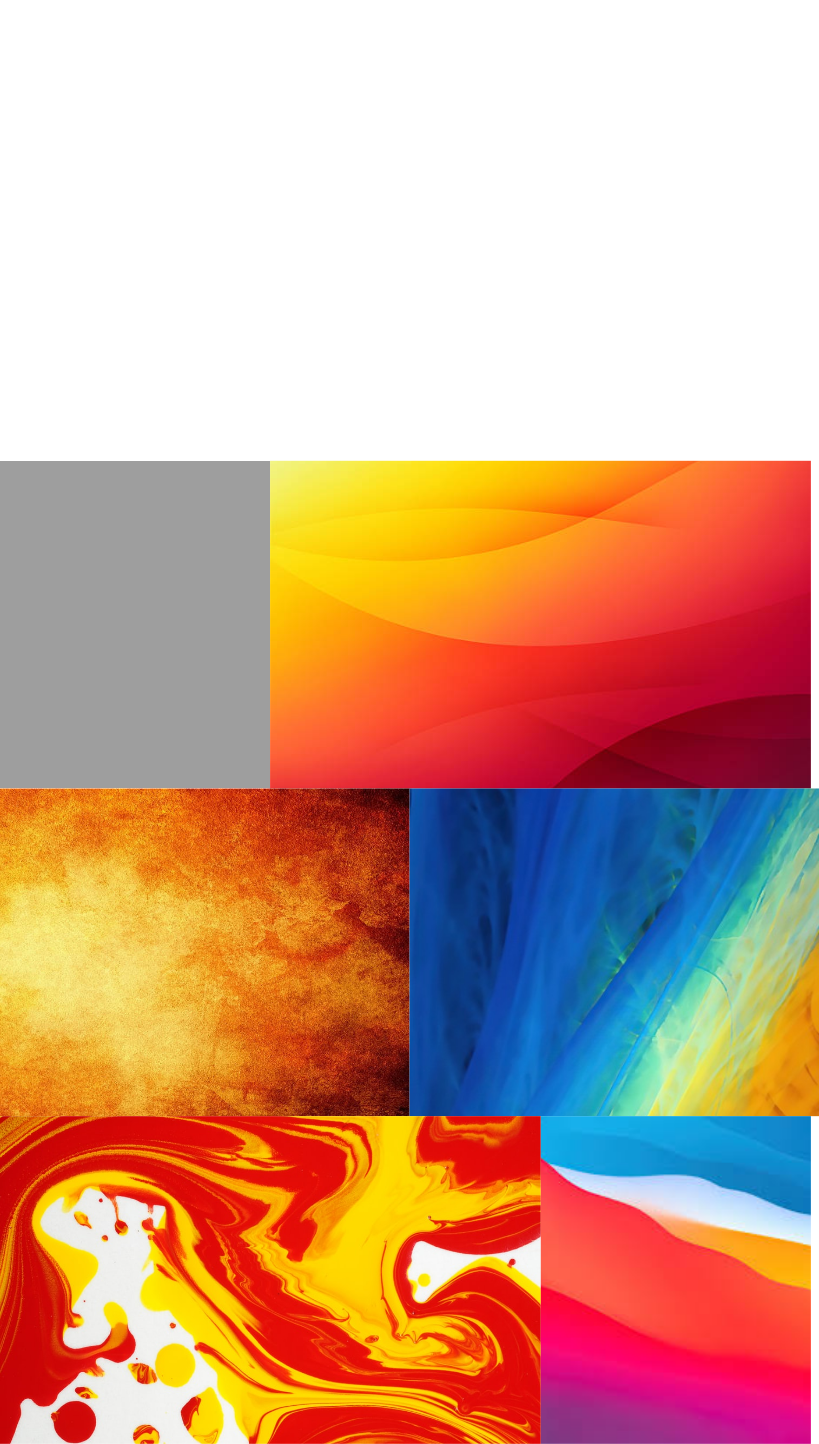
Repository: maciekto/WojciechGluszkowski-Porfolio
Page: /
These files come from the project's save history. The page is drawn as it stood at one moment and after the next save; the edit follows.
The browser window is 1280 px wide. The pictures show the whole page, at 64% of full size.
Pictures or frames that could not be fetched are drawn as grey boxes. Some web libraries are served in a nearby version. The project was rebuilt for these pictures with package versions that can differ from the ones it lists, and the page was loaded fresh each time.

Above is the page before, as saved 2022-06-07 14:52:04.

### public/index.html
<!DOCTYPE html>
<html lang="en">
  <head>
    <meta charset="utf-8" />
    <link rel="icon" href="%PUBLIC_URL%/favicon.ico" />
    <meta name="viewport" content="width=device-width, initial-scale=1" />
    <meta name="theme-color" content="#000000" />
    <meta name="description" content="Web site created using create-react-app" />
    <link rel="apple-touch-icon" href="%PUBLIC_URL%/logo192.png" />
    <!--
      manifest.json provides metadata used when your web app is installed on a
      user's mobile device or desktop. See https://developers.google.com/web/fundamentals/web-app-manifest/
    -->
    <link rel="manifest" href="%PUBLIC_URL%/manifest.json" />
    <!--
      Notice the use of %PUBLIC_URL% in the tags above.
      It will be replaced with the URL of the `public` folder during the build.
      Only files inside the `public` folder can be referenced from the HTML.

      Unlike "/favicon.ico" or "favicon.ico", "%PUBLIC_URL%/favicon.ico" will
      work correctly both with client-side routing and a non-root public URL.
      Learn how to configure a non-root public URL by running `npm run build`.
    -->
    <title>React App</title>
    <script src="https://kit.fontawesome.com/47a55d3c51.js" crossorigin="anonymous"></script>
  </head>
  <body>
    <noscript>You need to enable JavaScript to run this app.</noscript>
    <div id="root"></div>
    <!--
      This HTML file is a template.
      If you open it directly in the browser, you will see an empty page.

      You can add webfonts, meta tags, or analytics to this file.
      The build step will place the bundled scripts into the <body> tag.

      To begin the development, run `npm start` or `yarn start`.
      To create a production bundle, use `npm run build` or `yarn build`.
    -->
  </body>
</html>

### src/App.js
import React from 'react';
import logo from './logo.svg';
import './App.scss';

function App() {

  const Main = () => {
    console.log('siemano')
  }


  return (
    <div className="App">
      <header className="App-Header App-Header-Clicked">
        Wojchech Głuszkowski<br />
        Graphic Designer
        <div className="App-Button" onClick={Main}>
          <i className="fa-solid fa-arrow-down App-Button-Arrow"></i>
        </div>

      </header>
      <main className='App-Main'>
        <div className='App-Main-Item App-Main-Item1'>

        </div>
        <div className='App-Main-Item App-Main-Item2'>

        </div>
        <div className='App-Main-Item App-Main-Item3'>

        </div>
        <div className='App-Main-Item App-Main-Item4'>

        </div>
        <div className='App-Main-Item App-Main-Item5'>

        </div>
        <div className='App-Main-Item App-Main-Item6'>

        </div>
      </main>
    </div>
  );
}

export default App;

### src/serviceWorkerRegistration.js
// This optional code is used to register a service worker.
// register() is not called by default.

// This lets the app load faster on subsequent visits in production, and gives
// it offline capabilities. However, it also means that developers (and users)
// will only see deployed updates on subsequent visits to a page, after all the
// existing tabs open on the page have been closed, since previously cached
// resources are updated in the background.

// To learn more about the benefits of this model and instructions on how to
// opt-in, read https://cra.link/PWA

const isLocalhost = Boolean(
  window.location.hostname === 'localhost' ||
    // [::1] is the IPv6 localhost address.
    window.location.hostname === '[::1]' ||
    // 127.0.0.0/8 are considered localhost for IPv4.
    window.location.hostname.match(/^127(?:\.(?:25[0-5]|2[0-4][0-9]|[01]?[0-9][0-9]?)){3}$/)
);

export function register(config) {
  if (process.env.NODE_ENV === 'production' && 'serviceWorker' in navigator) {
    // The URL constructor is available in all browsers that support SW.
    const publicUrl = new URL(process.env.PUBLIC_URL, window.location.href);
    if (publicUrl.origin !== window.location.origin) {
      // Our service worker won't work if PUBLIC_URL is on a different origin
      // from what our page is served on. This might happen if a CDN is used to
      // serve assets; see https://github.com/facebook/create-react-app/issues/2374
      return;
    }

    window.addEventListener('load', () => {
      const swUrl = `${process.env.PUBLIC_URL}/service-worker.js`;

      if (isLocalhost) {
        // This is running on localhost. Let's check if a service worker still exists or not.
        checkValidServiceWorker(swUrl, config);

        // Add some additional logging to localhost, pointing developers to the
        // service worker/PWA documentation.
        navigator.serviceWorker.ready.then(() => {
          console.log(
            'This web app is being served cache-first by a service ' +
              'worker. To learn more, visit https://cra.link/PWA'
          );
        });
      } else {
        // Is not localhost. Just register service worker
        registerValidSW(swUrl, config);
      }
    });
  }
}

function registerValidSW(swUrl, config) {
  navigator.serviceWorker
    .register(swUrl)
    .then((registration) => {
      registration.onupdatefound = () => {
        const installingWorker = registration.installing;
        if (installingWorker == null) {
          return;
        }
        installingWorker.onstatechange = () => {
          if (installingWorker.state === 'installed') {
            if (navigator.serviceWorker.controller) {
              // At this point, the updated precached content has been fetched,
              // but the previous service worker will still serve the older
              // content until all client tabs are closed.
              console.log(
                'New content is available and will be used when all ' +
                  'tabs for this page are closed. See https://cra.link/PWA.'
              );

              // Execute callback
              if (config && config.onUpdate) {
                config.onUpdate(registration);
              }
            } else {
              // At this point, everything has been precached.
              // It's the perfect time to display a
              // "Content is cached for offline use." message.
              console.log('Content is cached for offline use.');

              // Execute callback
              if (config && config.onSuccess) {
                config.onSuccess(registration);
              }
            }
          }
        };
      };
    })
    .catch((error) => {
      console.error('Error during service worker registration:', error);
    });
}

function checkValidServiceWorker(swUrl, config) {
  // Check if the service worker can be found. If it can't reload the page.
  fetch(swUrl, {
    headers: { 'Service-Worker': 'script' },
  })
    .then((response) => {
      // Ensure service worker exists, and that we really are getting a JS file.
      const contentType = response.headers.get('content-type');
      if (
        response.status === 404 ||
        (contentType != null && contentType.indexOf('javascript') === -1)
      ) {
        // No service worker found. Probably a different app. Reload the page.
        navigator.serviceWorker.ready.then((registration) => {
          registration.unregister().then(() => {
            window.location.reload();
          });
        });
      } else {
        // Service worker found. Proceed as normal.
        registerValidSW(swUrl, config);
      }
    })
    .catch(() => {
      console.log('No internet connection found. App is running in offline mode.');
    });
}

export function unregister() {
  if ('serviceWorker' in navigator) {
    navigator.serviceWorker.ready
      .then((registration) => {
        registration.unregister();
      })
      .catch((error) => {
        console.error(error.message);
      });
  }
}

### src/App.scss
@import url('https://fonts.googleapis.com/css2?family=Kumbh+Sans&family=Maven+Pro:wght@400;500;600;700&family=Plus+Jakarta+Sans:wght@300;400;500;600;700;800&display=swap');

* {
    box-sizing: border-box;
}

.App {
    width: 100vw;
    height: auto;
    font-family: 'Maven Pro', sans-serif;
    &-Header {
        width: 100%;
        height: 100vh;
        display: flex;
        align-items: center;
        justify-content: center;
        text-align: center;
        flex-direction: column;
        font-size: 5vw;
        &-Clicked {
            transform: translateY(-100vh);
        }
    }
    &-Button {
        transition: box-shadow 0.4s;
        margin-top: 5vw;
        width: 7vw;
        height: 7vw;
        box-shadow: 0px 0px 1px 2px black;
        display: grid;
        place-items: center;
        border-radius: 50%;
        cursor: pointer;
        &-Arrow {
            transition: 0.4s;
            font-size: 2vw;
            // animation: alarm 1s alternate infinite;
            &:hover {
                transition: 0.4s;
                font-size: 5vw;
            }
        }
        &:hover {
            transition: box-shadow 0.4s;
            border: 0px solid black;
            box-shadow: 0px 0px 0px 0px black;
        }
    }
    &-Main {
        width: 100vw;
        height: auto;
        display: flex;
        flex-wrap: wrap;
        &-Item {
            transition: 0.4s;
            min-width: 25%;
            min-height: 40vw;
            // border: 2px solid white;
            cursor: pointer;
            &:hover {
                transition: 0.4s;
                box-shadow: inset 0 0 1px 10px white;
            }
        }
        &-Item1 {
            width: 33vw;
            background: url('assets/1.jpeg') center center no-repeat;
            background-size: cover;
        }
        &-Item2 {
            width: 66vw;
            background: url('assets/2.jpeg') center center no-repeat;
            background-size: cover;
        }
        &-Item3 {
            width: 50vw;
            background: url('assets/3.jpeg') center center no-repeat;
            background-size: cover;
        }
        &-Item4 {
            width: 50vw;
            background: url('assets/4.jpeg') center center no-repeat;
            background-size: cover;
        }
        &-Item5 {
            width: 66vw;
            background: url('assets/5.jpeg') center center no-repeat;
            background-size: cover;
        }
        &-Item6 {
            width: 33vw;
            background: url('assets/6.jpeg') center center no-repeat;
            background-size: cover;
        }
    }
}



@keyframes alarm {
    from {
        opacity: 0.2;
    } to {
        opacity: 1;
    }
}

Loaded but not shown: src/index.js (common file); src/index.css (common file); src/reportWebVitals.js (common file)

After the next save:
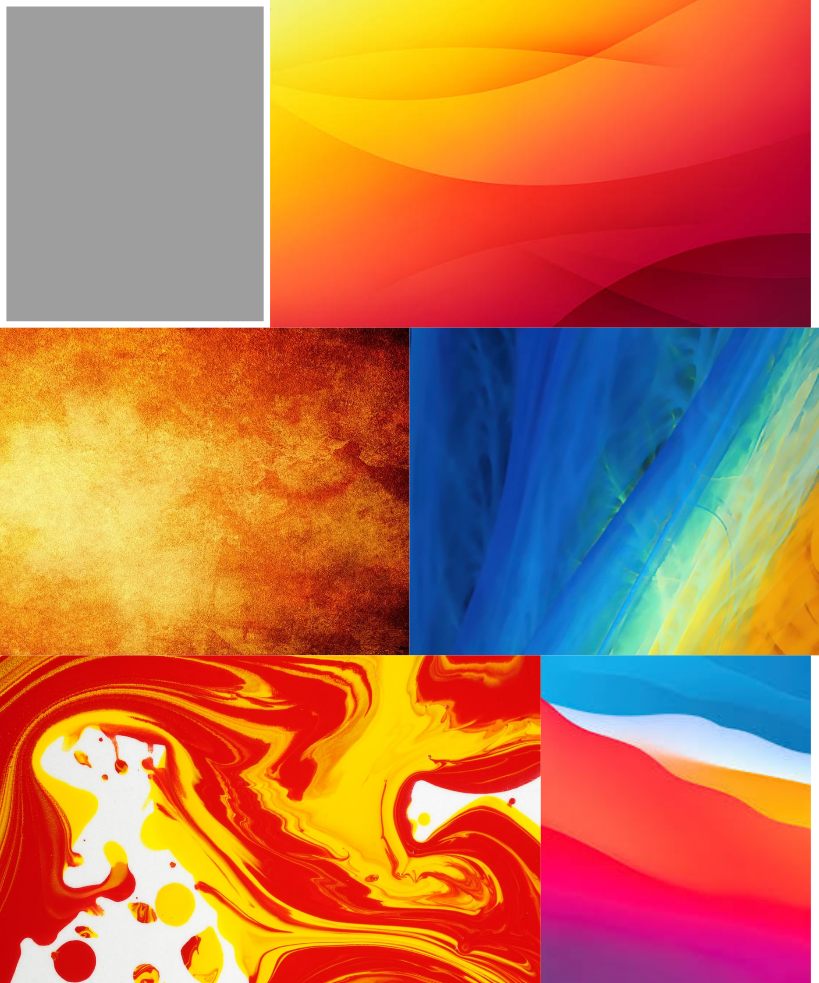
Saved 31 s later.
--- a/src/App.scss
+++ b/src/App.scss
@@ -18,7 +18,8 @@
         flex-direction: column;
         font-size: 5vw;
         &-Clicked {
-            transform: translateY(-100vh);
+            transition: 0.4s;
+            height: 0vh;
         }
     }
     &-Button {

After the 3 saves that followed:
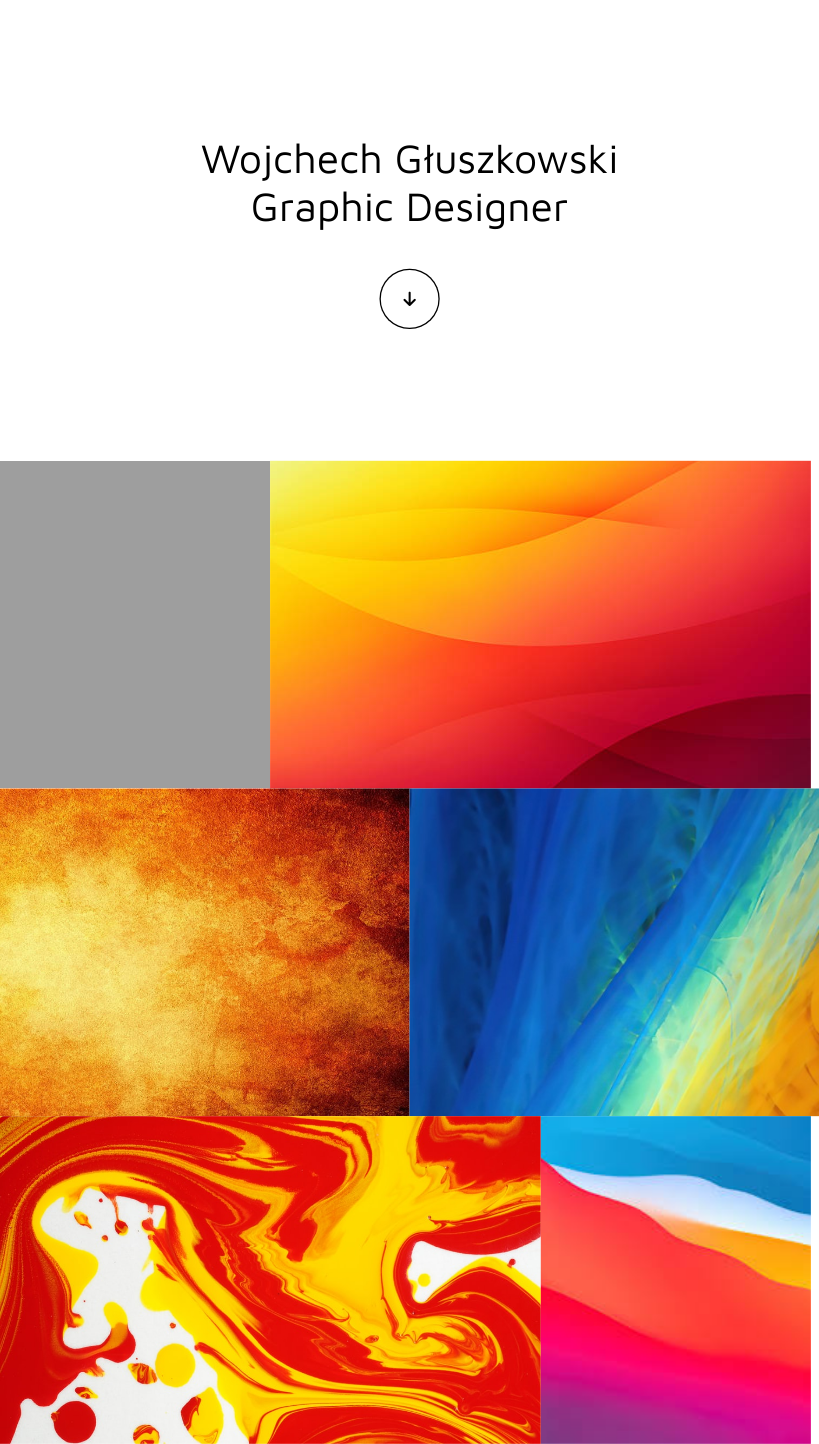
The 3 saves are shown as one change because 2 did not build or start.
The last was saved 3 min 16 s later.
--- a/src/App.js
+++ b/src/App.js
@@ -1,17 +1,19 @@
-import React from 'react';
-import logo from './logo.svg';
+import React, { useState } from 'react';
 import './App.scss';
 
 function App() {
 
+  const [HeaderClickedClass, setHeaderClickedClass] = useState()
+
   const Main = () => {
-    console.log('siemano')
+    setHeaderClickedClass('HeaderClickedClass')
+    console.log(HeaderClickedClass)
   }
 
 
   return (
     <div className="App">
-      <header className="App-Header App-Header-Clicked">
+      <header className='App-Header'>
         Wojchech Głuszkowski<br />
         Graphic Designer
         <div className="App-Button" onClick={Main}>
